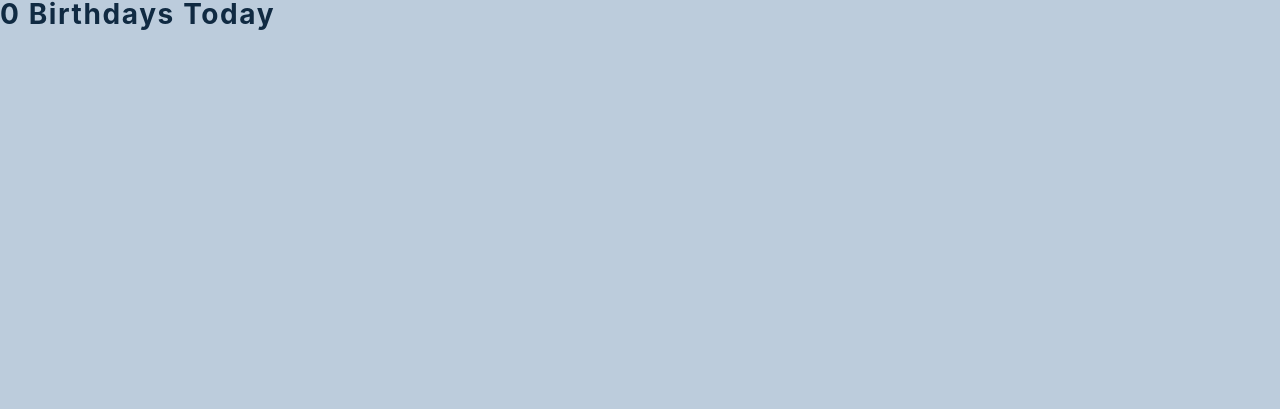
Repository: smit1298/Birthday-Reminder
Page: /
An editor plug-in stored every save of this project. The page is shown before and after a run of saves, followed by the edit.
The browser window is 1280 px wide. The pictures show the whole page.
The project was rebuilt for these pictures with package versions that can differ from the ones it lists, and the page was loaded fresh each time. Also part of the build but not shown: src/List.js.

Above is the page before, as saved 2022-05-15 23:13:27.

### src/index.css
/*
===============
Variables
===============
*/

:root {
  /* dark shades of primary color*/
  --clr-primary-1: hsl(162, 61%, 89%);
  --clr-primary-2: hsl(162, 60%, 78%);
  --clr-primary-3: hsl(162, 61%, 67%);
  --clr-primary-4: hsl(162, 61%, 57%);
  /* primary/main color */
  --clr-primary-5: hsl(162, 73%, 46%);
  /* lighter shades of primary color */
  --clr-primary-6: #1aa179;
  --clr-primary-7: #13795b;
  --clr-primary-8: #0d503c;
  --clr-primary-9: #06281e;
  /* darkest grey - used for headings */
  --clr-grey-1: hsl(212, 33%, 89%);
  --clr-grey-2: hsl(210, 31%, 80%);
  --clr-grey-3: hsl(211, 27%, 70%);
  --clr-grey-4: hsl(209, 23%, 60%);
  /* grey used for paragraphs */
  --clr-grey-5: hsl(210, 22%, 49%);
  --clr-grey-6: hsl(209, 28%, 39%);
  --clr-grey-7: hsl(209, 34%, 30%);
  --clr-grey-8: hsl(211, 39%, 23%);
  --clr-grey-9: hsl(209, 61%, 16%);
  --clr-white: #fff;
  --clr-red-dark: hsl(360, 67%, 44%);
  --clr-red-light: hsl(360, 71%, 66%);
  --clr-green-dark: hsl(125, 67%, 44%);
  --clr-green-light: hsl(125, 71%, 66%);
  --clr-black: #222;
  --transition: all 0.3s linear;
  --spacing: 0.1rem;
  --radius: 0.25rem;
  --light-shadow: 0 5px 15px rgba(0, 0, 0, 0.1);
  --dark-shadow: 0 5px 15px rgba(0, 0, 0, 0.4);
  --max-width: 1170px;
  --fixed-width: 450px;
  --clr-pink: #f28ab2;
}
/*
===============
Global Styles
===============
*/

*,
::after,
::before {
  margin: 0;
  padding: 0;
  box-sizing: border-box;
}
body {
  font-family: -apple-system, BlinkMacSystemFont, 'Segoe UI', Roboto, Oxygen,
    Ubuntu, Cantarell, 'Open Sans', 'Helvetica Neue', sans-serif;
  background: var(--clr-grey-2);
  color: var(--clr-grey-9);
  line-height: 1.5;
  font-size: 0.875rem;
}
ul {
  list-style-type: none;
}
a {
  text-decoration: none;
}
h1,
h2,
h3,
h4 {
  letter-spacing: var(--spacing);
  text-transform: capitalize;
  line-height: 1.25;
  margin-bottom: 0.75rem;
}
h1 {
  font-size: 3rem;
}
h2 {
  font-size: 2rem;
}
h3 {
  font-size: 1.25rem;
}
h4 {
  font-size: 0.875rem;
}
p {
  margin-bottom: 1.25rem;
  color: var(--clr-grey-5);
}
@media screen and (min-width: 800px) {
  h1 {
    font-size: 4rem;
  }
  h2 {
    font-size: 2.5rem;
  }
  h3 {
    font-size: 1.75rem;
  }
  h4 {
    font-size: 1rem;
  }
  body {
    font-size: 1rem;
  }
  h1,
  h2,
  h3,
  h4 {
    line-height: 1;
  }
}
/*  global classes */

/* section */
.section {
  width: 90vw;
  margin: 0 auto;
  max-width: var(--max-width);
}

@media screen and (min-width: 992px) {
  .section {
    width: 95vw;
  }
}

main {
  min-height: 100vh;
  display: flex;
  justify-content: center;
  align-items: center;
}

.container {
  width: 90vw;
  margin: 5rem 0;
  max-width: var(--fixed-width);
  background: var(--clr-white);
  border-radius: var(--radius);
  padding: 1.5rem 2rem;
  box-shadow: var(--dark-shadow);
}
.container h3 {
  font-weight: normal;
  text-transform: none;
  margin-bottom: 2rem;
}
.person {
  display: grid;
  grid-template-columns: auto 1fr;
  column-gap: 0.75rem;
  margin-bottom: 1.5rem;
  align-items: center;
}
.person img {
  width: 75px;
  height: 75px;
  object-fit: cover;
  border-radius: 50%;
  box-shadow: var(--light-shadow);
}
.person h4 {
  margin-bottom: 0.35rem;
}
.person p {
  margin-bottom: 0;
}
.container button {
  color: var(--clr-white);
  display: block;
  width: 100%;
  border-color: transparent;
  background: var(--clr-pink);
  margin: 2rem auto 0 auto;
  text-transform: capitalize;
  font-size: 1.2rem;
  padding: 0.5rem 0;
  letter-spacing: var(--spacing);
  border-radius: var(--radius);
  outline: 1px solid rgba(242, 138, 178, 0.8);
  cursor: pointer;
}

### src/App.js
import React, { useState } from "react";
import data from "./data";
import List from "./List";
function App() {
  return (
    <section className="conatiner">
      <h3>0 birthdays today</h3>
    </section>
  );
}

export default App;

### src/data.js
export default [
  {
    id: 1,
    name: 'Bertie Yates',
    age: 29,
    image:
      'https://res.cloudinary.com/diqqf3eq2/image/upload/v1595959131/person-2_ipcjws.jpg',
  },
  {
    id: 2,
    name: 'Hester Hogan',
    age: 32,
    image:
      'https://res.cloudinary.com/diqqf3eq2/image/upload/v1595959131/person-3_rxtqvi.jpg',
  },
  {
    id: 3,
    name: 'Larry Little',
    age: 36,
    image:
      'https://res.cloudinary.com/diqqf3eq2/image/upload/v1586883423/person-4_t9nxjt.jpg',
  },
  {
    id: 4,
    name: 'Sean Walsh',
    age: 34,
    image:
      'https://res.cloudinary.com/diqqf3eq2/image/upload/v1586883417/person-3_ipa0mj.jpg',
  },
  {
    id: 5,
    name: 'Lola Gardner',
    age: 29,
    image:
      'https://res.cloudinary.com/diqqf3eq2/image/upload/v1586883334/person-1_rfzshl.jpg',
  },
];

Loaded but not shown: public/index.html (common file); src/index.js (common file)

After the next 5 saves:
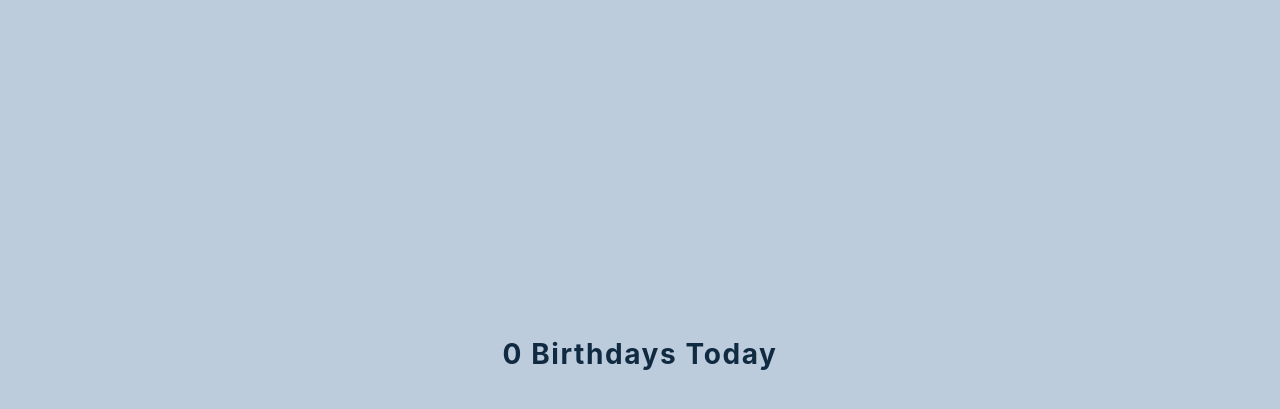
The 5 saves are shown as one change because 2 did not build or start and some came seconds apart.
The last was saved 19 s later.
--- a/src/App.js
+++ b/src/App.js
@@ -3,9 +3,11 @@ import data from "./data";
 import List from "./List";
 function App() {
   return (
-    <section className="conatiner">
-      <h3>0 birthdays today</h3>
-    </section>
+    <main>
+      <section className="conatiner">
+        <h3>0 birthdays today</h3>
+      </section>
+    </main>
   );
 }
 
